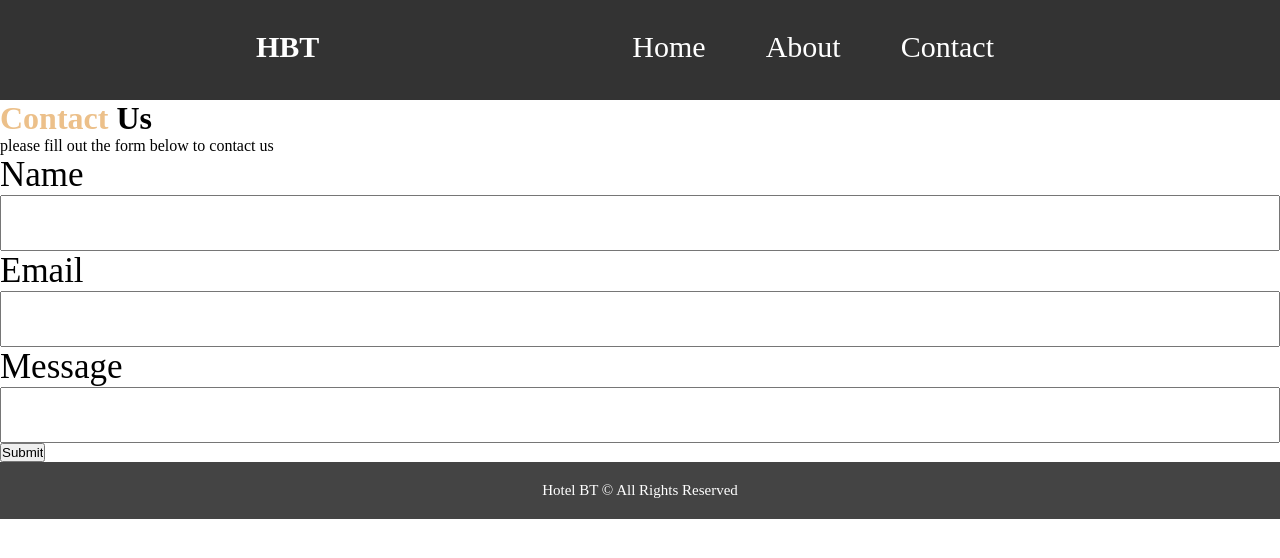
Repository: reemoon-ctrl/hotel-website
Page: 35 - hotel-website/contact.html
These files come from the project's save history. The page is drawn as it stood at one moment and after the next save; the edit follows.
The browser window is 1280 px wide. The pictures show the whole page.

Above is the page before, as saved 2024-07-22 09:36:33.

After the next save:
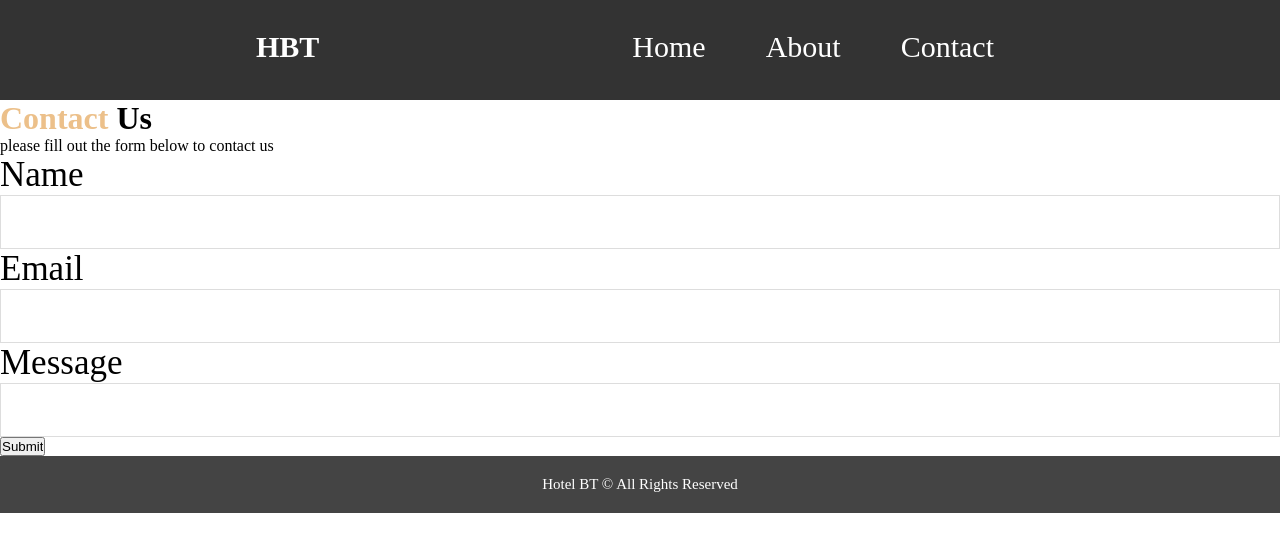
Saved 4 s later.
--- a/35 - hotel-website/index.css
+++ b/35 - hotel-website/index.css
@@ -281,7 +281,7 @@ color: #333333;
     width:100%;
     padding:10px;
     font-size: 28px;
-    border:# solid 1px;
+    border:#ddd solid 1px;
 
 }
 .form-label{
